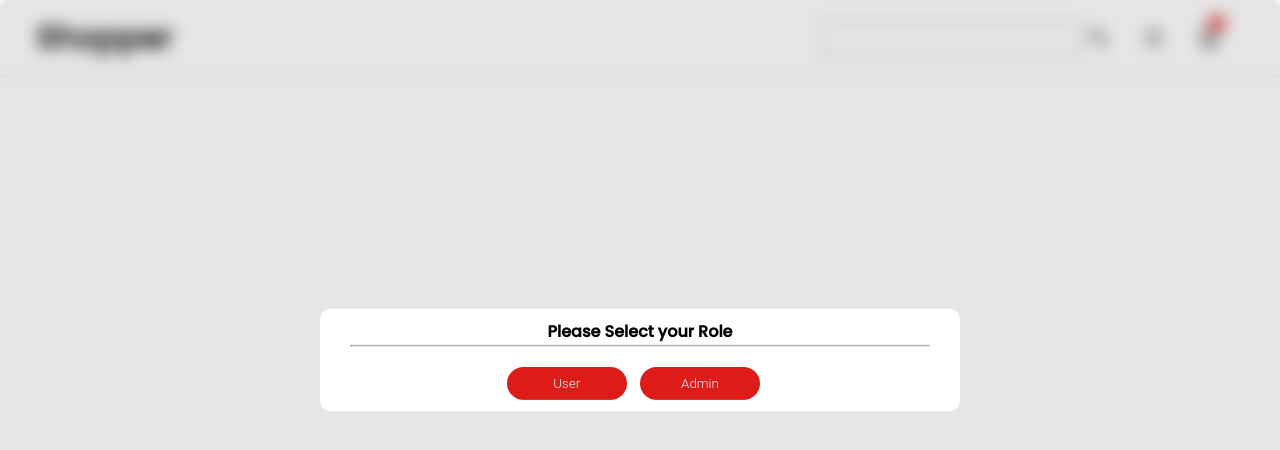
Repository: coolronts/aize-project
Page: /
An editor plug-in stored every save of this project. The page is shown before and after the next save, followed by the edit.
The browser window is 1280 px wide. The pictures show the whole page.
The page's requests for data from a server got no answer. The project was rebuilt for these pictures with package versions that can differ from the ones it lists, and the page was loaded fresh each time. No one was signed in, and anything a server would have sent is missing. Also part of the build but not shown: src/App.css, src/pages/Cart/Cart.tsx, src/components/Card/Card.tsx, src/pages/Shop/shop.module.css.

Above is the page before, as saved 2021-09-14 04:10:42.

After the next save:
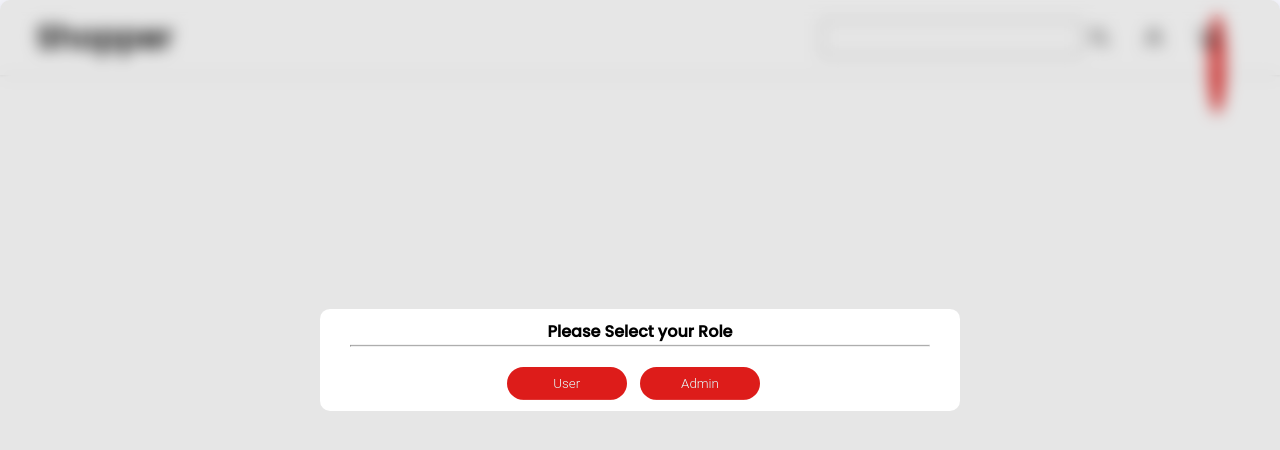
Saved 46 s later.
--- a/src/components/Logo/logo.module.css
+++ b/src/components/Logo/logo.module.css
@@ -34,4 +34,6 @@
     border-radius: 50%;
     text-align: center;
     top: -6px;
+    height: 100px;
+    line-height: 100px;
 }

After the save that followed:
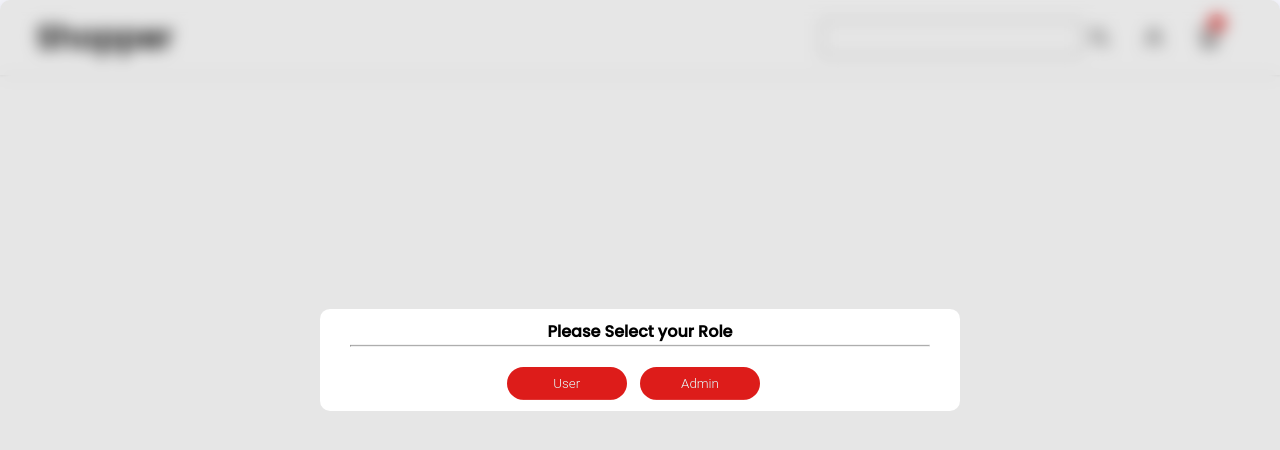
Saved 9 s later.
--- a/src/components/Logo/logo.module.css
+++ b/src/components/Logo/logo.module.css
@@ -34,6 +34,5 @@
     border-radius: 50%;
     text-align: center;
     top: -6px;
-    height: 100px;
-    line-height: 100px;
+    line-height: 18px;
 }
